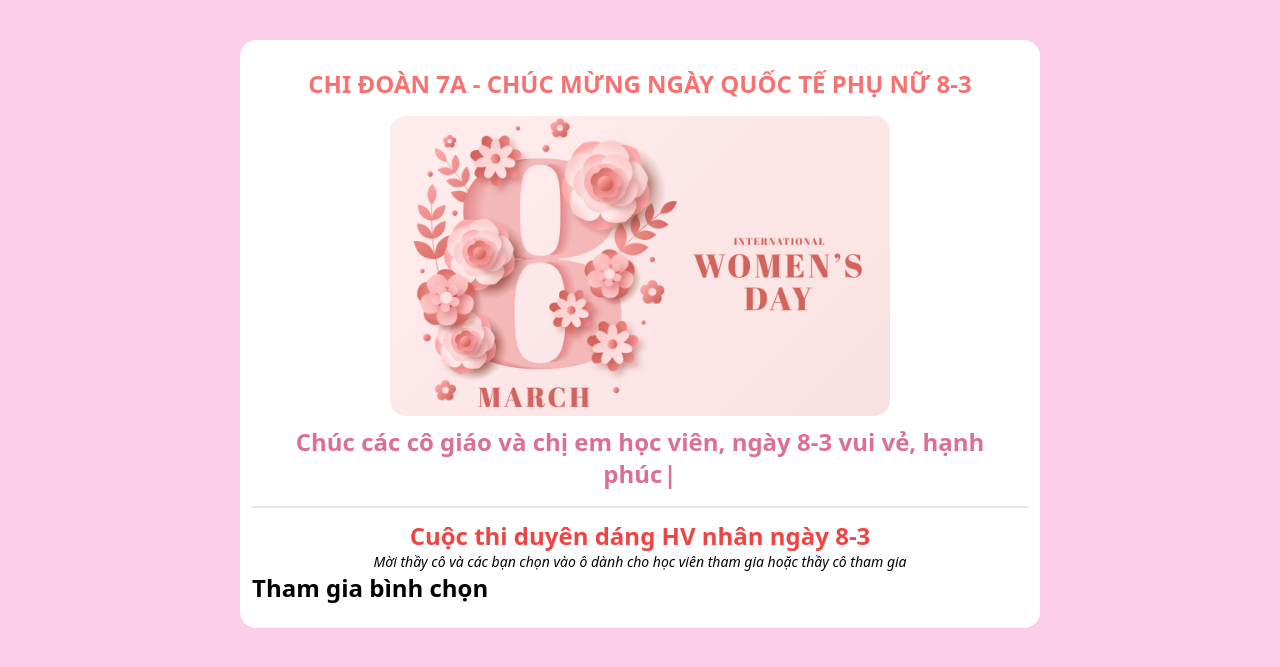
Repository: hoang0508/web-837A
Page: /
An editor plug-in stored every save of this project. The page is shown before and after the next save, followed by the edit.
The browser window is 1280 px wide. The pictures show the whole page.
Some web fonts or font styles are not loaded; a fallback is used. The project was rebuilt for these pictures with package versions that can differ from the ones it lists, and the page was loaded fresh each time. Also part of the build but not shown: vite.config.js.

Above is the page before, as saved 2025-02-28 19:23:43.

### index.html
<!DOCTYPE html>
<html lang="en">
  <head>
    <meta charset="UTF-8" />
    <link rel="icon" type="image/svg+xml" href="/vite.svg" />
    <meta name="viewport" content="width=device-width, initial-scale=1.0" />
    <link rel="preconnect" href="https://fonts.googleapis.com" />
    <link rel="preconnect" href="https://fonts.gstatic.com" crossorigin />
    <link
      href="https://fonts.googleapis.com/css2?family=Bai+Jamjuree:ital,wght@0,200;0,300;0,400;0,500;0,600;0,700;1,200;1,300;1,400;1,500;1,600;1,700&family=Montserrat:ital,wght@0,100..900;1,100..900&display=swap"
      rel="stylesheet"
    />
    <title>Vite + React</title>
  </head>
  <body>
    <div id="root"></div>
    <script type="module" src="/src/main.jsx"></script>
  </body>
</html>

### src/index.css
@import url("https://fonts.googleapis.com/css2?family=Bai+Jamjuree:ital,wght@0,200;0,300;0,400;0,500;0,600;0,700;1,200;1,300;1,400;1,500;1,600;1,700&family=Montserrat:ital,wght@0,100..900;1,100..900&display=swap");
@tailwind base;
@tailwind components;
@tailwind utilities;
*,
*:before,
*:after {
  box-sizing: border-box;
}

img,
picture,
svg,
video {
  display: block;
  max-width: 100%;
}
input,
select,
textarea {
  background-color: transparent;
  outline: none;
}
button {
  cursor: pointer;
  background-color: transparent;
  outline: none;
  border: 0;
}
body {
  min-height: 100vh;
  font-weight: 400;
  font-size: 16px;
  line-height: 1;
}

.Typewriter {
  margin: 10px;
  color: palevioletred;
  text-align: center;
  height: 70px;
}

### src/App.jsx
import { useState } from "react";
import reactLogo from "./assets/react.svg";
import anh83 from "./assets/anh832.png";
import Typewriter from "typewriter-effect";

import "./index.css";

function App() {
  const [count, setCount] = useState(0);

  return (
    <>
      <div className="text-2xl font-bold  bg-pink-200 min-h-screen p-10">
        <div className="bg-white shadow-3xl p-3 w-[800px]  my-0 mx-auto rounded-2xl">
          <h1 className="text-center text-red-400 p-4 uppercase">
            Chi đoàn 7A - CHÚC MỪNG NGÀY QUỐC TẾ PHỤ NỮ 8-3
          </h1>
          <div className="mx-auto w-[500px] h-[300px]">
            <img
              src={anh83}
              alt="##"
              className="w-full h-full object-cover rounded-2xl"
            />
          </div>
          <div className="border-b-2 border-gray-200">
            <Typewriter
              options={{
                strings: [
                  `${"Chúc các cô giáo và chị em học viên, ngày 8-3 vui vẻ, hạnh phúc, luôn mạnh khỏe và thành công! 🌸💐❤️❤️❤️💰"}`,
                ],
                delay: 75,
                autoStart: true,
                loop: true,
              }}
            />
          </div>
          <div className="my-3">
            <h3 className="text-center font-bold text-red-500">
              Cuộc thi duyên dáng HV nhân ngày 8-3
            </h3>
            <p className="text-center italic text-sm font-light">
              Mời thầy cô và các bạn chọn vào ô dành cho học viên tham gia hoặc
              thầy cô tham gia
            </p>
            <button>Tham gia bình chọn</button>
          </div>
        </div>
      </div>
    </>
  );
}

export default App;

### tailwind.config.js
/** @type {import('tailwindcss').Config} */
export default {
  content: ["./index.html", "./src/**/*.{js,ts,jsx,tsx}"],
  theme: {
    extend: {
      keyframes: {
        typing: {
          "0%": {
            width: "0%",
            visibility: "hidden",
          },
          "100%": {
            width: "100%",
          },
        },
        blink: {
          "50%": {
            borderColor: "transparent",
          },
          "100%": {
            borderColor: "white",
          },
        },
      },
      animation: {
        typing: "typing 5s steps(40) infinite alternate, blink .10s infinite",
      },
    },
  },
  plugins: [],
};

Loaded but not shown: src/main.jsx (common file)

After the next save:
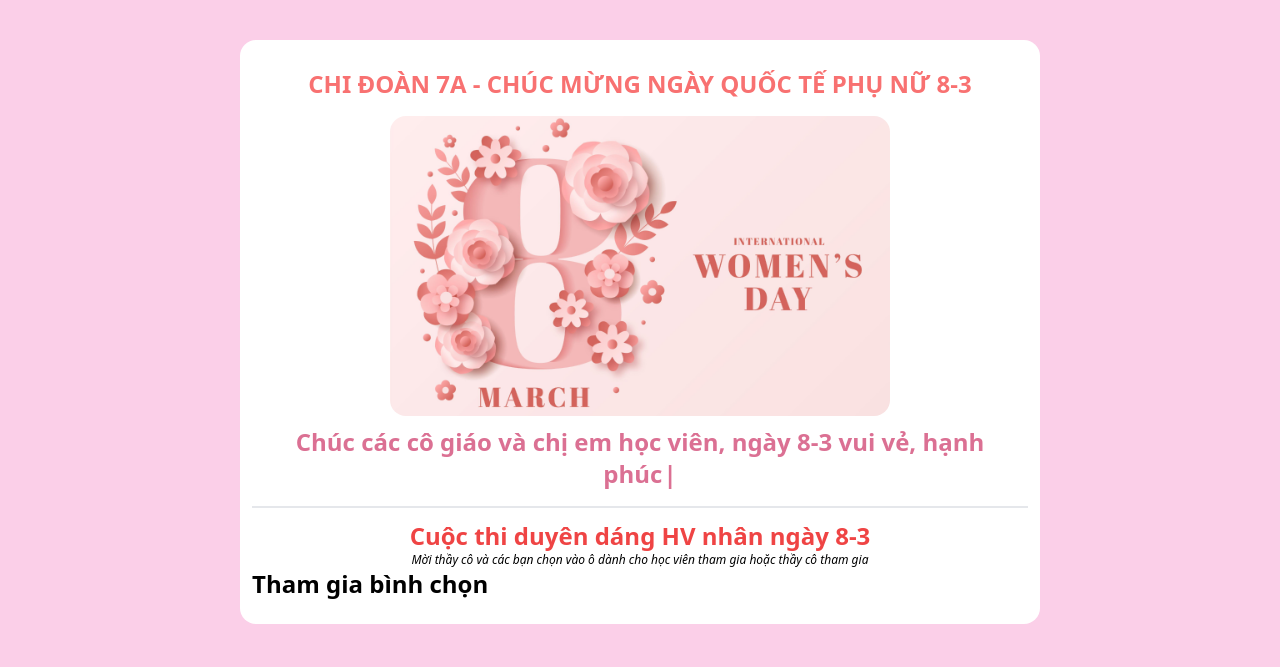
Saved 9 s later.
--- a/src/App.jsx
+++ b/src/App.jsx
@@ -38,7 +38,7 @@ function App() {
             <h3 className="text-center font-bold text-red-500">
               Cuộc thi duyên dáng HV nhân ngày 8-3
             </h3>
-            <p className="text-center italic text-sm font-light">
+            <p className="text-center italic text-xs font-light">
               Mời thầy cô và các bạn chọn vào ô dành cho học viên tham gia hoặc
               thầy cô tham gia
             </p>
